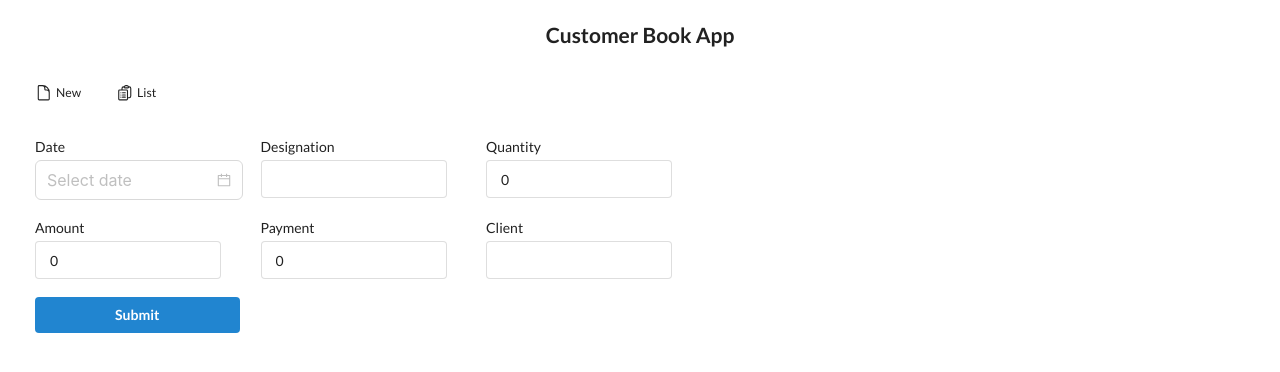
Repository: higirobruce/customerbookapp
Page: /, after clicking the first element matching `div.space-x-1`
The author's editor kept a copy of each file at every save. The page is drawn from the files as they stood at one save, then again after the next save.
The browser window is 1280 px wide. The pictures show the whole page.
The page's requests for data from a server got no answer. The project was rebuilt for these pictures with package versions that can differ from the ones it lists, and the page was loaded fresh each time. The framework's server and built-in components were replaced by stand-ins that run in the browser. No one was signed in, and anything a server would have sent is missing. Also part of the build but not shown: next.config.js, components/layout/sidebar.js.

Above is the page before, as saved 2022-11-25 10:10:20.

After the next save:
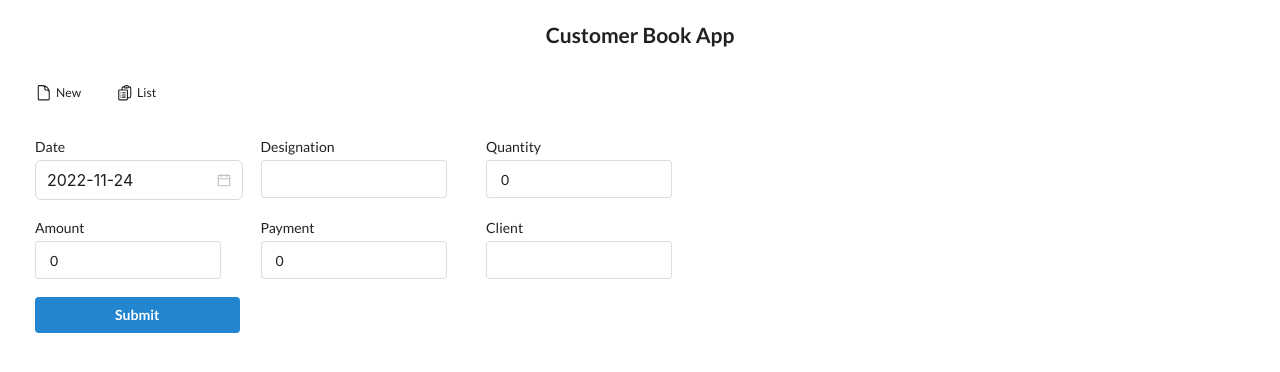
Saved 16 s later.
--- a/components/common/form.js
+++ b/components/common/form.js
@@ -56,6 +56,7 @@ export default function Form({ handleLoadRecords, editRow }) {
         <div>
           <DatePicker
             size="large"
+            value={date}
             onChange={(date, dateString) => setDate(date)}
           />
         </div>
